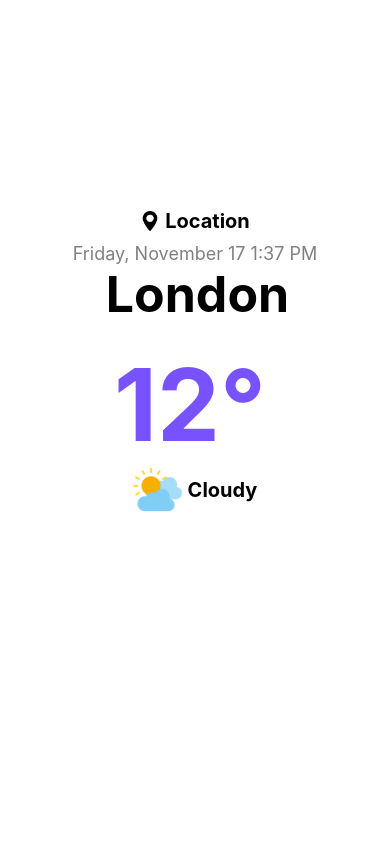
Repository: praveen080/react-native-weatherAppV1
Screen: /
These files come from the project's save history. The screen is drawn as it stood at one moment and after a run of saves; the edit follows.
The app was drawn by React Native's web renderer in a window 390 px wide. The project was rebuilt for these pictures with package versions that can differ from the ones it lists, and the page was loaded fresh each time. Also part of the build but not shown: Screens/startUp.js.

Above is the screen before, as saved 2023-11-17 13:39:46.

After the next 7 saves:
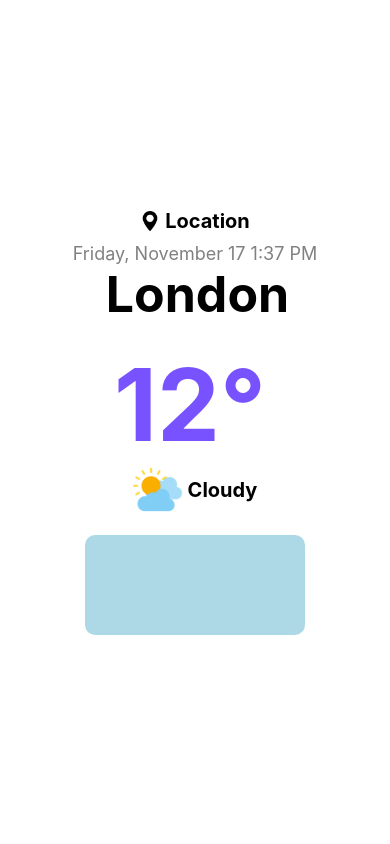
The 7 saves are shown as one change because 1 did not build or start and some came seconds apart.
The last was saved 18 s later.
--- a/Screens/Home.js
+++ b/Screens/Home.js
@@ -104,7 +104,7 @@ export const styles = StyleSheet.create({
     marginTop: 20,
   },
   card: {
-    maxWidth: '100%',
+    width: '90%',
     height: 100,
     borderRadius: 10,
     backgroundColor: "lightblue",
